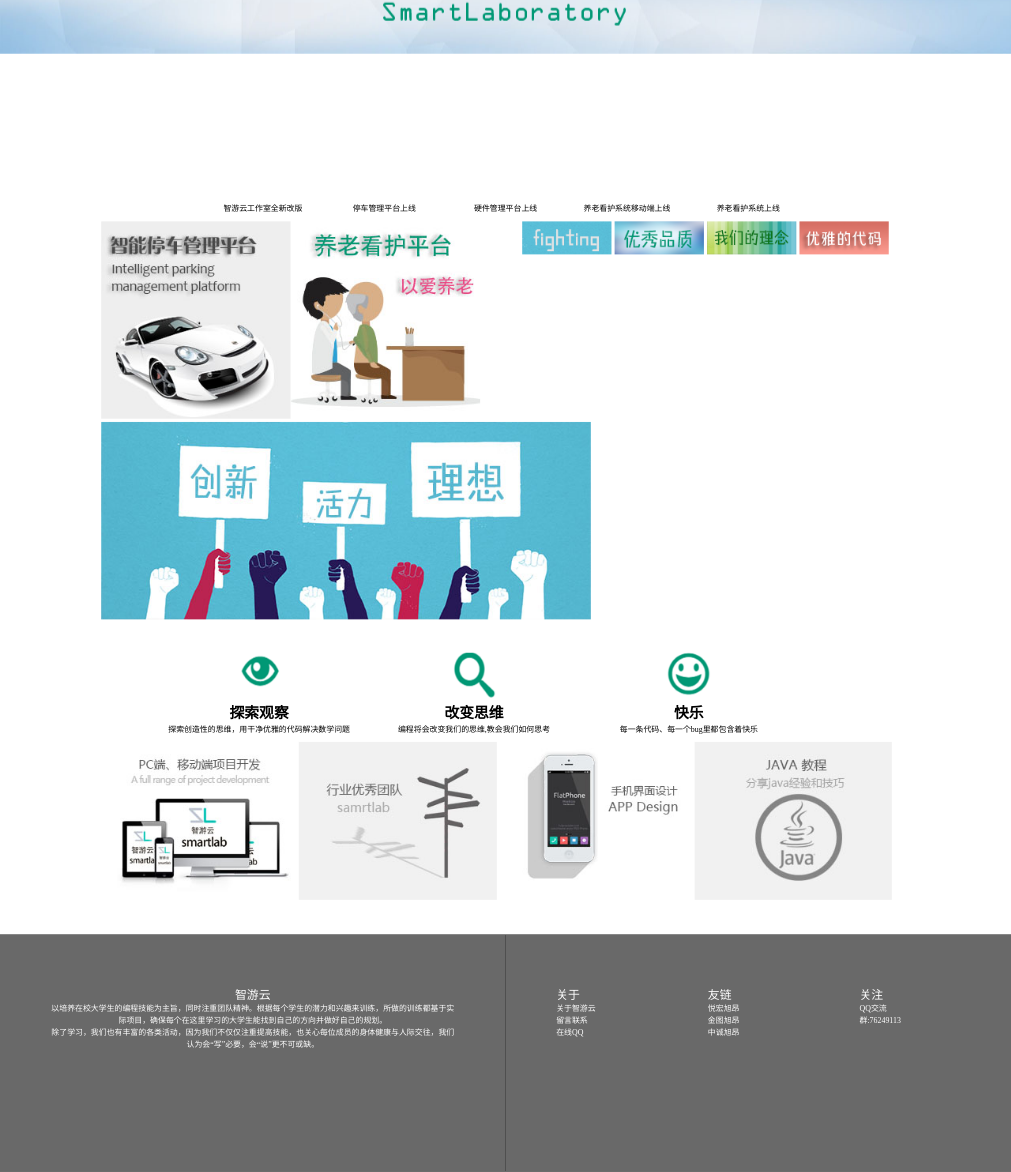
Repository: dakai1234/webTest
Page: 智游云1/index/index.html
These files come from the project's save history. The page is drawn as it stood at one moment and after the next save; the edit follows.
The browser window is 1280 px wide. The pictures show the whole page, at 79% of full size.

Above is the page before, as saved 2021-04-10 10:36:13.

### 智游云1/index/index.html
<!DOCTYPE html>
<html lang="en">

<head>
    <meta charset="UTF-8">
    <meta http-equiv="X-UA-Compatible" content="IE=edge">
    <meta name="viewport" content="width=device-width, initial-scale=1.0">
    <link rel="stylesheet" href="index.css">
    <link rel="stylesheet" href="../footerCss/footer.css">
    <link rel="stylesheet" href="../headerCss/header.css">
    <title>首页</title>

</head>

<body>
    <div class="header">
        <a href="images/logo.png"><img class="logo_img" src="../about/images/logo.png"></a>
        <a href="index.html"> 首页 </a>
        <a href="../product/product.html"> 产品介绍 </a>
        <a href="../about/about.html"> 关于智游云 </a>
        <a href="#"> 关于我们 </a>
    </div>

    <div class="banner_img">
        <img class="bannerName_img" src="images/bannerName.png">
    </div>

    <div class="new_content">
        <p>智游云工作室全新改版</p>
        <p>停车管理平台上线</p>
        <p>硬件管理平台上线</p>
        <p>养老看护系统移动端上线</p>
        <p>养老看护系统上线</p>
    </div>

    <div class="content_img">
        <div class="introduce"><img src="images/introduce1.jpg" /></div>
        <div class="introduce"><img src="images/introduce2jpg.jpg" /></div>
        <div class="introduce"><img src="images/s1.jpg" /></div>
        <div class="tip">
            <img src="images/tip1.png" />
            <img src="images/tip2.png" />
            <img src="images/tip3.png" />
            <img src="images/tip4.png" />
        </div>
    </div>

    <div class="title">
        <div class="title_content">
            <img src="images/photo1.png" />
            <h3>探索观察</h3>
            <p>探索创造性的思维，用干净优雅的代码解决数学问题</p>
        </div>
        <div class="title_content">
            <img src="images/photo2.png" />
            <h3>改变思维</h3>
            <p>编程将会改变我们的思维,教会我们如何思考</p>
        </div>
        <div class="title_content">
            <img src="images/photo3.png" />
            <h3>快乐</h3>
            <p>每一条代码、每一个bug里都包含着快乐</p>
        </div>
    </div>

    <div class="content_img">
        <div class="introduce"><img src="images/one.jpg" /></div>
        <div class="introduce"><img src="images/two.jpg" /></div>
        <div class="introduce"><img src="images/three.jpg" /></div>
        <div class="introduce"><img src="images/four.jpg" /></div>
    </div>

    <div class="footer">
        <div class="footer_inner">
            <div class="text">
                <span>智游云</span>
                <p>
                    以培养在校大学生的编程技能为主旨，同时注重团队精神。根据每个学生的潜力和兴趣来训练，所做的训练都基于实际项目，确保每个在这里学习的大学生能找到自己的方向并做好自己的规划。
                </p>
                <p>
                    除了学习，我们也有丰富的各类活动，因为我们不仅仅注重提高技能，也关心每位成员的身体健康与人际交往，我们认为会“写”必要，会“说”更不可或缺。
                </p>
            </div>
        </div>
        <div class="footer_inner">
            <div class="text_intro">
                <span>关于</span>
                <p>关于智游云</p>
                <p>留言联系</p>
                <p>在线QQ</p>
            </div>
            <div class="text_intro">
                <span>友链</span>
                <p>悦宏旭昂</p>
                <p>金图旭昂</p>
                <p>中诚旭昂</p>
            </div>
            <div class="text_intro">
                <span>关注</span>
                <p>QQ交流群:76249113</p>
            </div>

        </div>
    </div>

</body>

</html>

### 智游云1/index/index.css
.banner_img {
    text-align: center;
    width: 100%;
    position: fixed;
    bottom: 90%;
    left: 0;
    z-index: 0;
    background: url(images/banner.jpg) no-repeat;
    background-size: 100% 200px;
}

.new_content {
    margin-top: 255px;
    padding: 0% 20%;
    overflow: auto;
    text-align: center;
}

.new_content p {
    display: block;
    font-size: 10px;
    width: 20%;
    float: left;
}

.new_content p:hover {
    color: aquamarine
}

.content_img {
    padding: 0% 8% 0% 10%;
    margin-top: 10px;
    overflow: auto;
}

.introduce {
    float: left;
    overflow: auto;
    text-align: center;
}

.tip {
    text-align: center;
}

.title {
    padding-left: 15%;
    margin-top: 3%;
    overflow: hidden;
}

.title_content {
    width: 25%;
    float: left;
    text-align: center;
}

.title_content p {
    font-size: 10px;
}

### 智游云1/footerCss/footer.css
.footer {
    margin: 40px 0px 0px 0px;
    width: 100%;
    height: 300px;
    background-color: #000;
    overflow: auto;
    box-sizing: border-box;
    position: relative;
}

.footer_inner {
    width: 50%;
    color: #FFF;
    height: 300px;
    background-color: dimgray;
    float: left;
}

.text {
    padding: 10% 10%;
    text-align: center;
    font-size: 10px;
    font-weight: lighter;
}

.text span {
    font-size: 15px;
}

.text p:hover {
    color: #000;
}

.text_intro {
    padding: 10% 10%;
    width: 10%;
    font-size: 10px;
    font-weight: lighter;
    float: left;
}

.text_intro span {
    font-size: 15px;
}

.text_intro p:hover {
    color: #000;
}

### 智游云1/headerCss/header.css
* {
    margin: 0;
    padding: 0;
}

.header {
    margin: 0 auto;
    background-color: #555;
    width: 100%;
    overflow: auto;
    position: fixed;
    top: 0;
}

.header a {
    float: left;
    width: 15%;
    color: #f2f2f2;
    text-align: center;
    padding: 12px 15px 8px 15px;
    text-decoration: none;
    font-size: 15px;
}

.header a:hover {
    color: #333;
}

.header a:active {
    color: #333;
}

.logo_img {
    float: left;
    width: 70%;
}

After the next save:
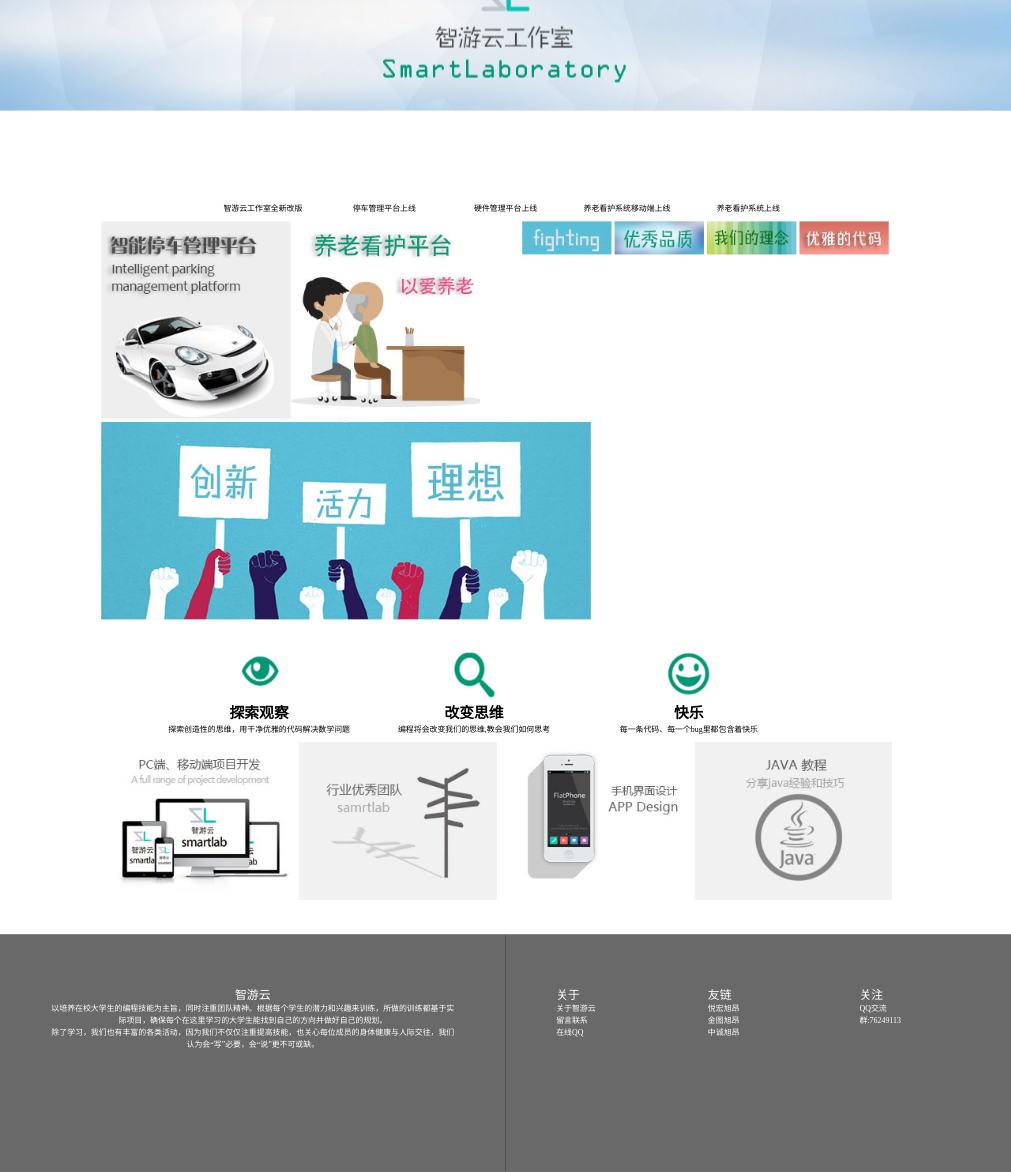
Saved 17 s later.
--- a/智游云1/index/index.css
+++ b/智游云1/index/index.css
@@ -2,7 +2,7 @@
     text-align: center;
     width: 100%;
     position: fixed;
-    bottom: 90%;
+    bottom: 80%;
     left: 0;
     z-index: 0;
     background: url(images/banner.jpg) no-repeat;
